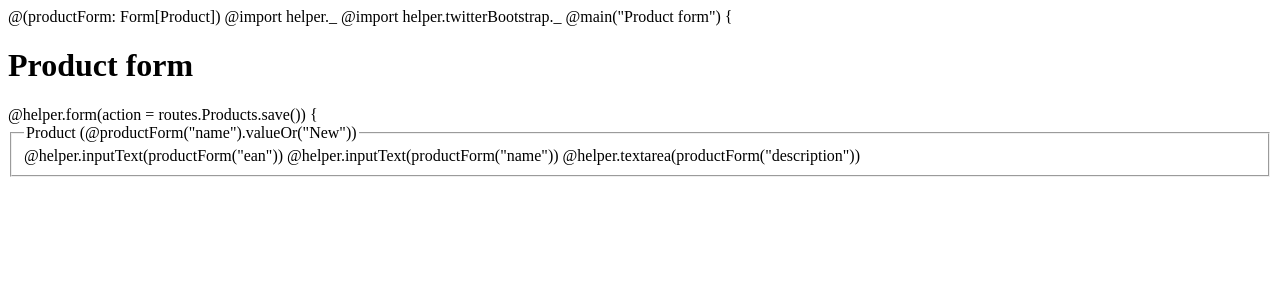
Repository: linoox/Play
Page: warehouse/app/views/products/show.scala.html
The author's editor kept a copy of each file at every save. The page is drawn from the files as they stood at one save, then again after the next save.
The browser window is 1280 px wide. The pictures show the whole page.

Above is the page before, as saved 2014-09-14 00:09:41.

After the next save:
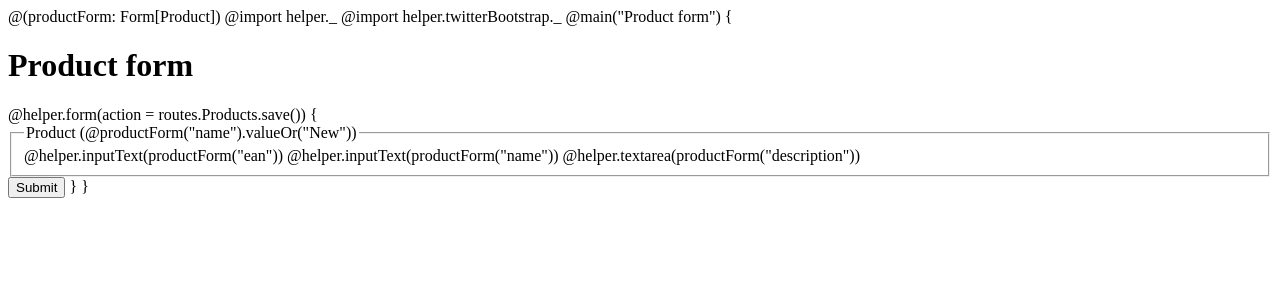
Saved 2 s later.
--- a/warehouse/app/views/products/show.scala.html
+++ b/warehouse/app/views/products/show.scala.html
@@ -13,6 +13,6 @@
 			@helper.inputText(productForm("name"))
 			@helper.textarea(productForm("description"))
 		</fieldset>
-		<input type = "submit" class ="btn primary"
+		<input type = "submit" class ="btn primary">
 	}
 }
